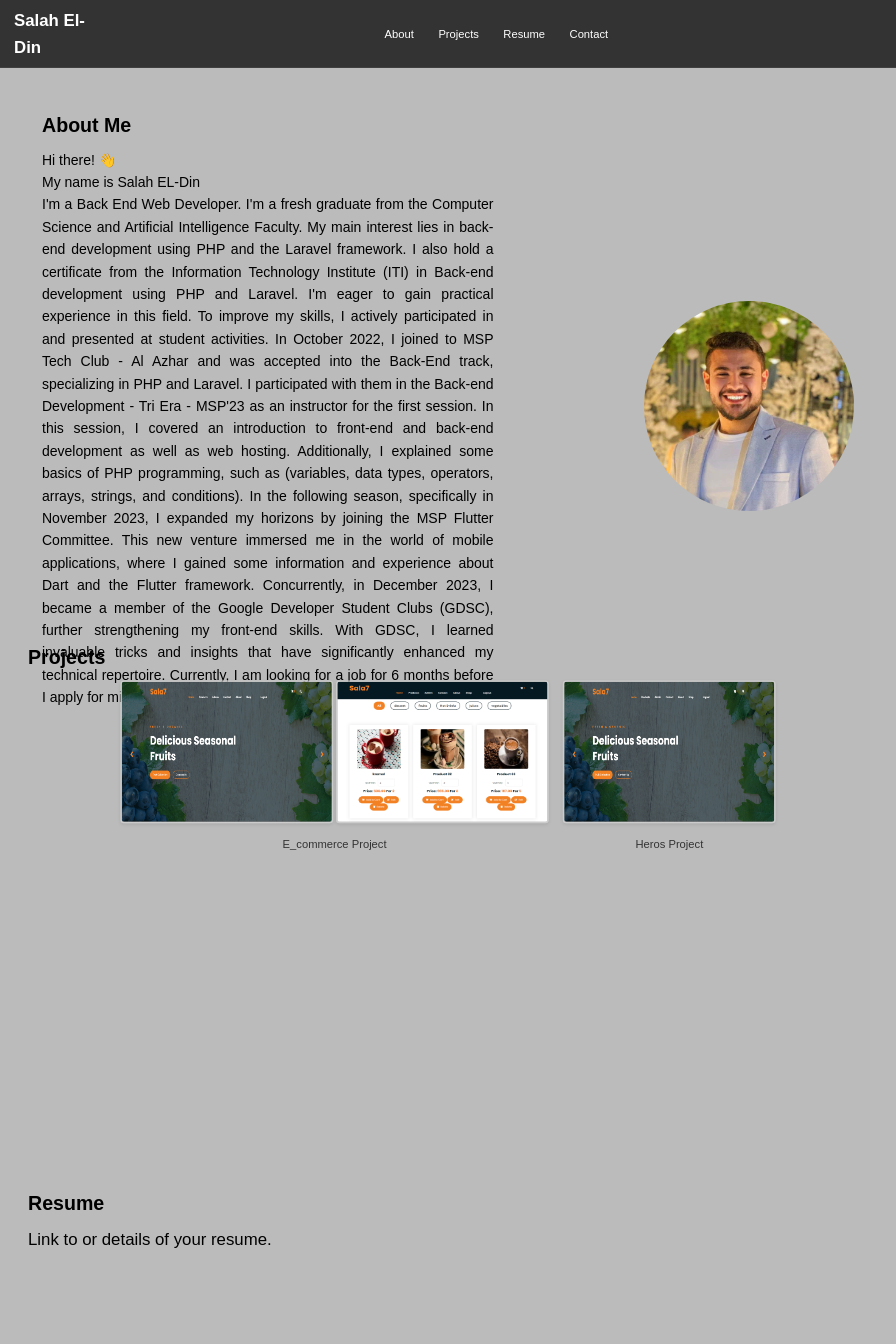
Repository: Salah-Wael/Salah-EL-Din-Portfolio
Page: index.html
The author's editor kept a copy of each file at every save. The page is drawn from the files as they stood at one save, then again after a run of saves.
The browser window is 1280 px wide. The pictures show the part of the page from y = 0 to 1920 px (the page is 3237 px tall), at 70% of full size.

Above is the page before, as saved 2024-07-13 04:23:12.

After the next 5 saves:
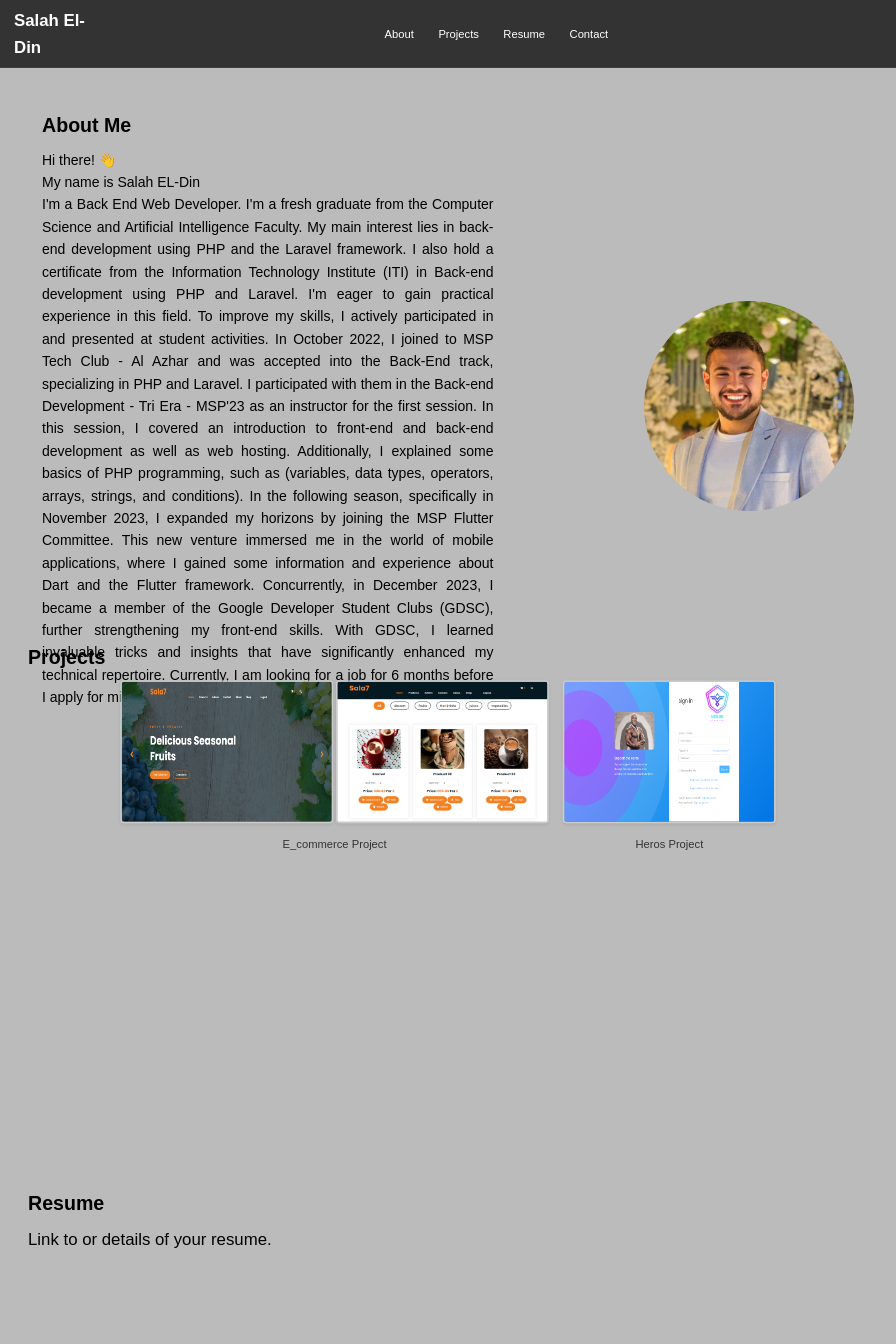
The 5 saves are shown as one change because they came seconds apart.
The last was saved 96 s later.
--- a/index.html
+++ b/index.html
@@ -48,7 +48,7 @@
       </div>
       <div class="project">
         <a href="https://heros.rf.gd/" target="_blank">
-          <img src="img/projects/ecommerce home.png" alt="Sala7 E_commerce">
+          <img src="img/projects/heros registration.png" alt="Sala7 E_commerce">
           <p>Heros Project</p>
         </a>
       </div>
